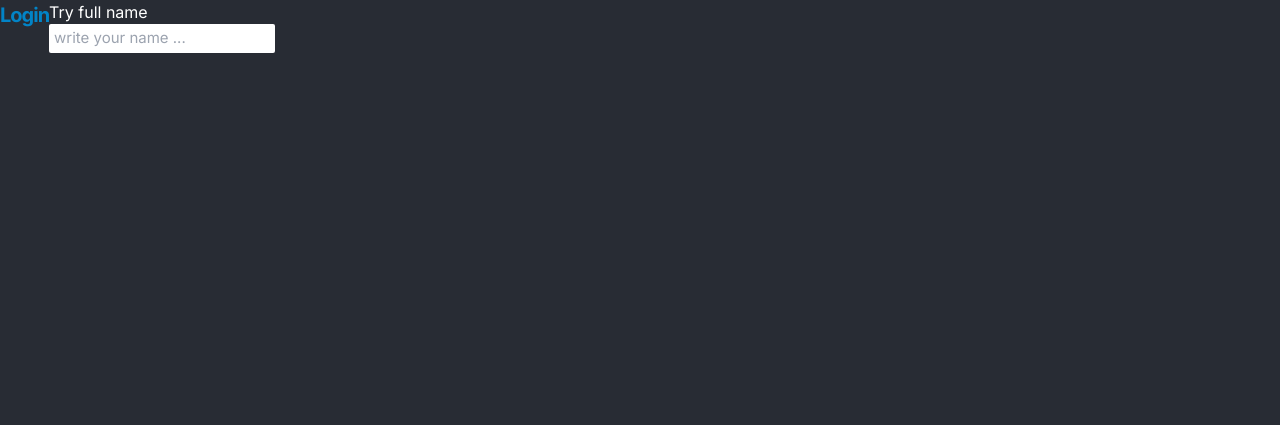
Repository: devsecops-node/simple-play
Page: /
These files come from the project's save history. The page is drawn as it stood at one moment and after the next save; the edit follows.
The browser window is 1280 px wide. The pictures show the whole page.
The project was rebuilt for these pictures with package versions that can differ from the ones it lists, and the page was loaded fresh each time. The framework's server and built-in components were replaced by stand-ins that run in the browser. Also part of the build but not shown: next.config.mjs, src/app/_components/RecomendationsSearch.tsx.

Above is the page before, as saved 2024-06-21 16:35:19.

After the next save:
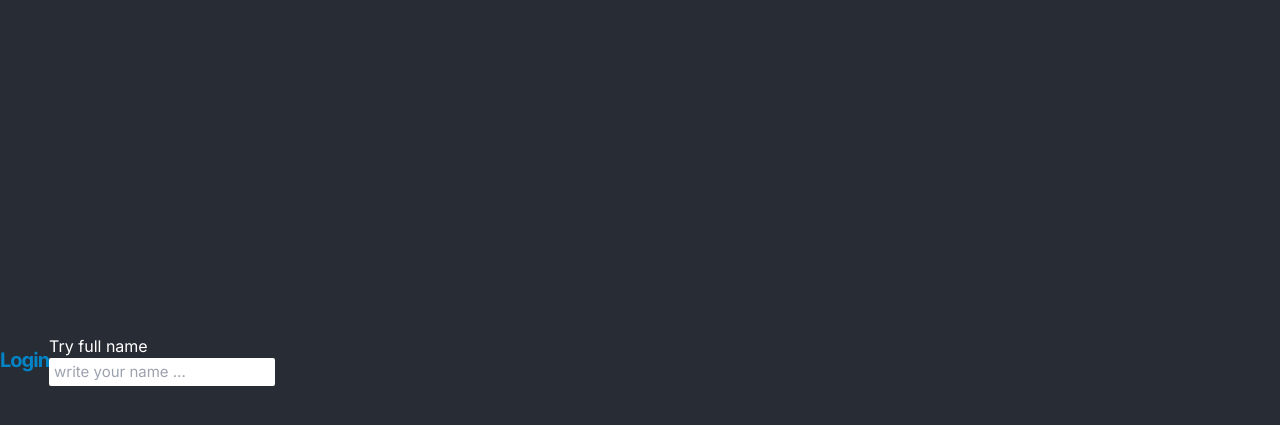
Saved 6 s later.
--- a/src/app/_components/Container.tsx
+++ b/src/app/_components/Container.tsx
@@ -2,7 +2,7 @@ import React from 'react'
 
 const Container = ({ children }: { children: React.ReactNode }) => {
   return (
-    <div className='bg-[#282c34] h-screen text-white flex '>
+    <div className='bg-[#282c34] h-screen text-white flex items-center'>
       {children}
     </div>
   )
